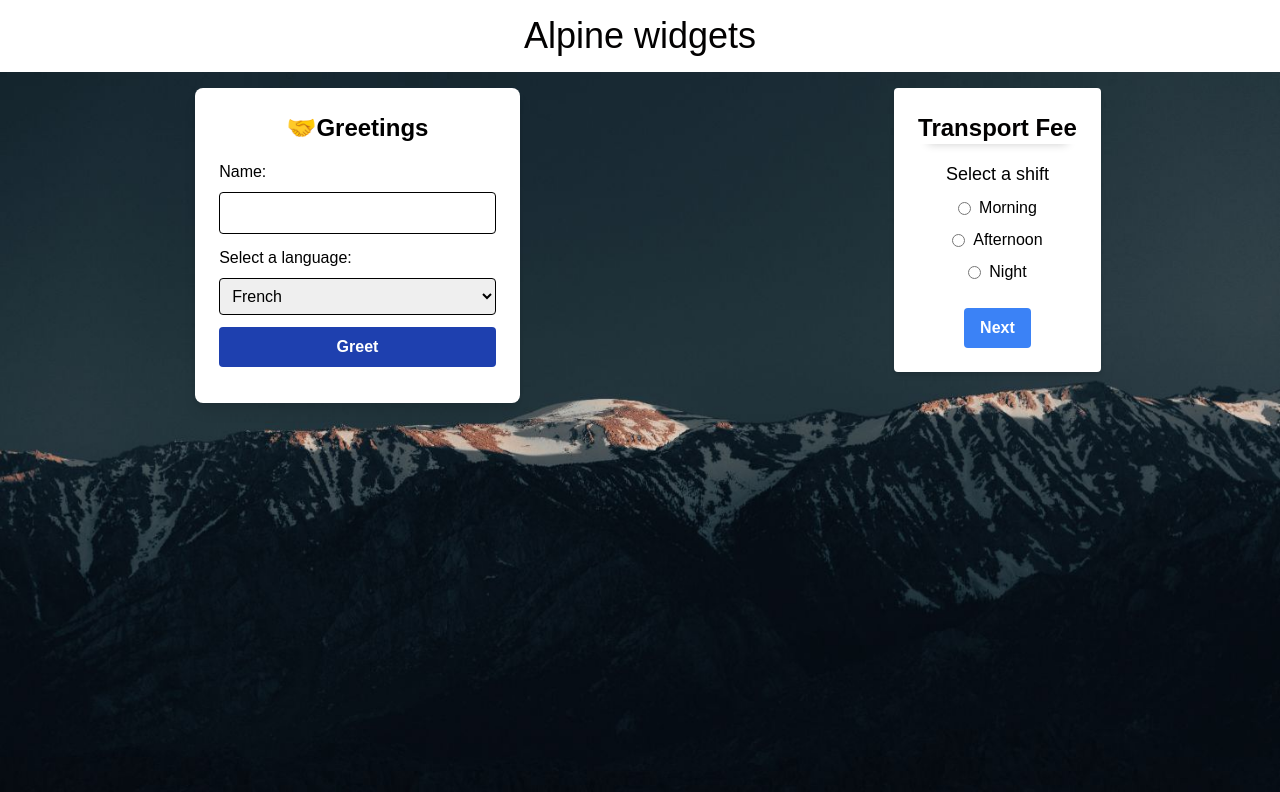
Repository: lasity34/alpine-bootcamp-widgets
Page: index.html
These files come from the project's save history. The page is drawn as it stood at one moment and after the next save; the edit follows.
The browser window is 1280 px wide. The pictures show the whole page.
Some web fonts or font styles are not loaded; a fallback is used. Some web libraries are served in a nearby version.

Above is the page before, as saved 2023-07-12 15:39:00.
Console error: ReferenceError: shift is not defined

After the next save:
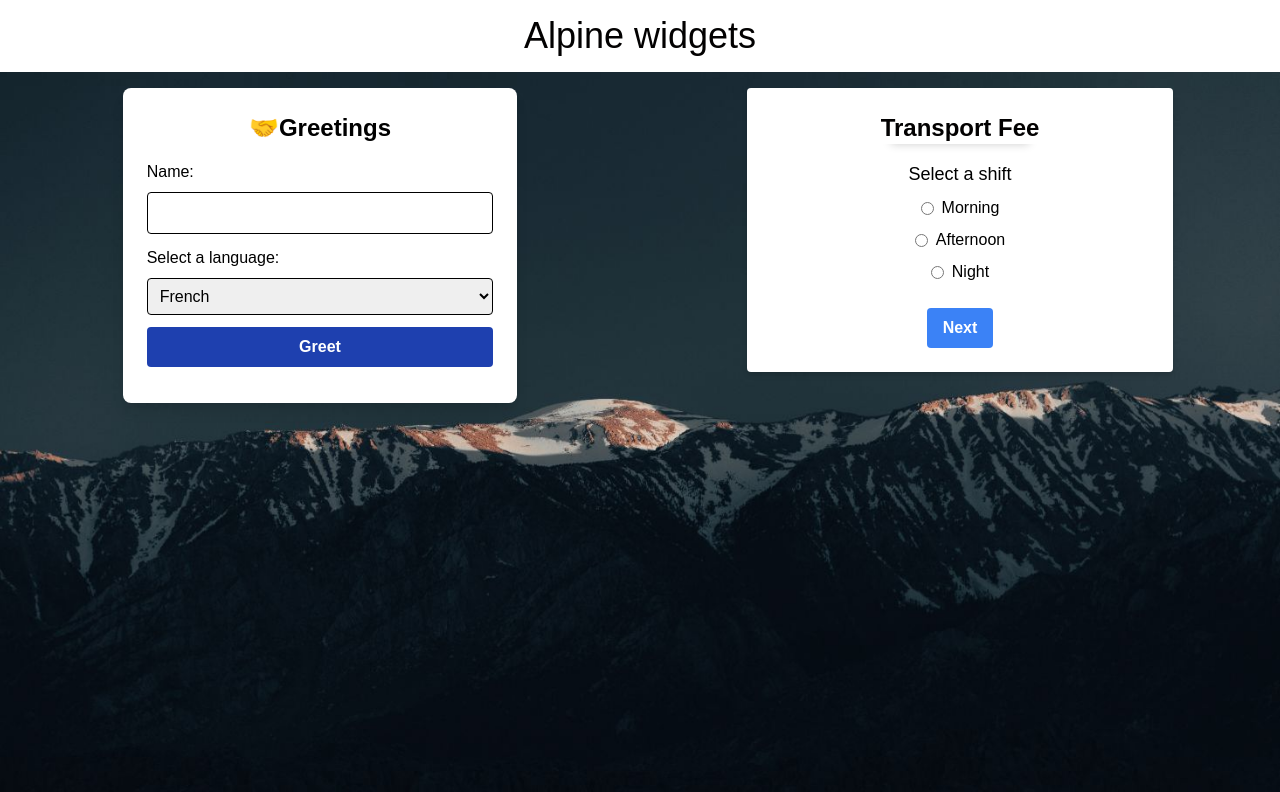
Saved 66 s later.
--- a/index.html
+++ b/index.html
@@ -21,7 +21,7 @@
   <body>
     <h1 class="text-4xl text-center mt-4 pb-4">Alpine widgets</h1>
     <div class="widget_container flex justify-around items-start h-screen">
-      <section x-data="greet">
+      <section x-data="greet" class="w-1/3">
         <div class="bg-white rounded-lg shadow-lg p-6 m-4">
           <h2 class="text-2xl text-center font-bold mb-4">🤝Greetings</h2>
           <p
@@ -66,7 +66,7 @@
         </div>
       </section>
       <section
-
+      class="w-1/3"
         x-data="transportFee"
       >
       <div class="flex flex-col items-center bg-white mt-4 p-6 rounded shadow-md">
